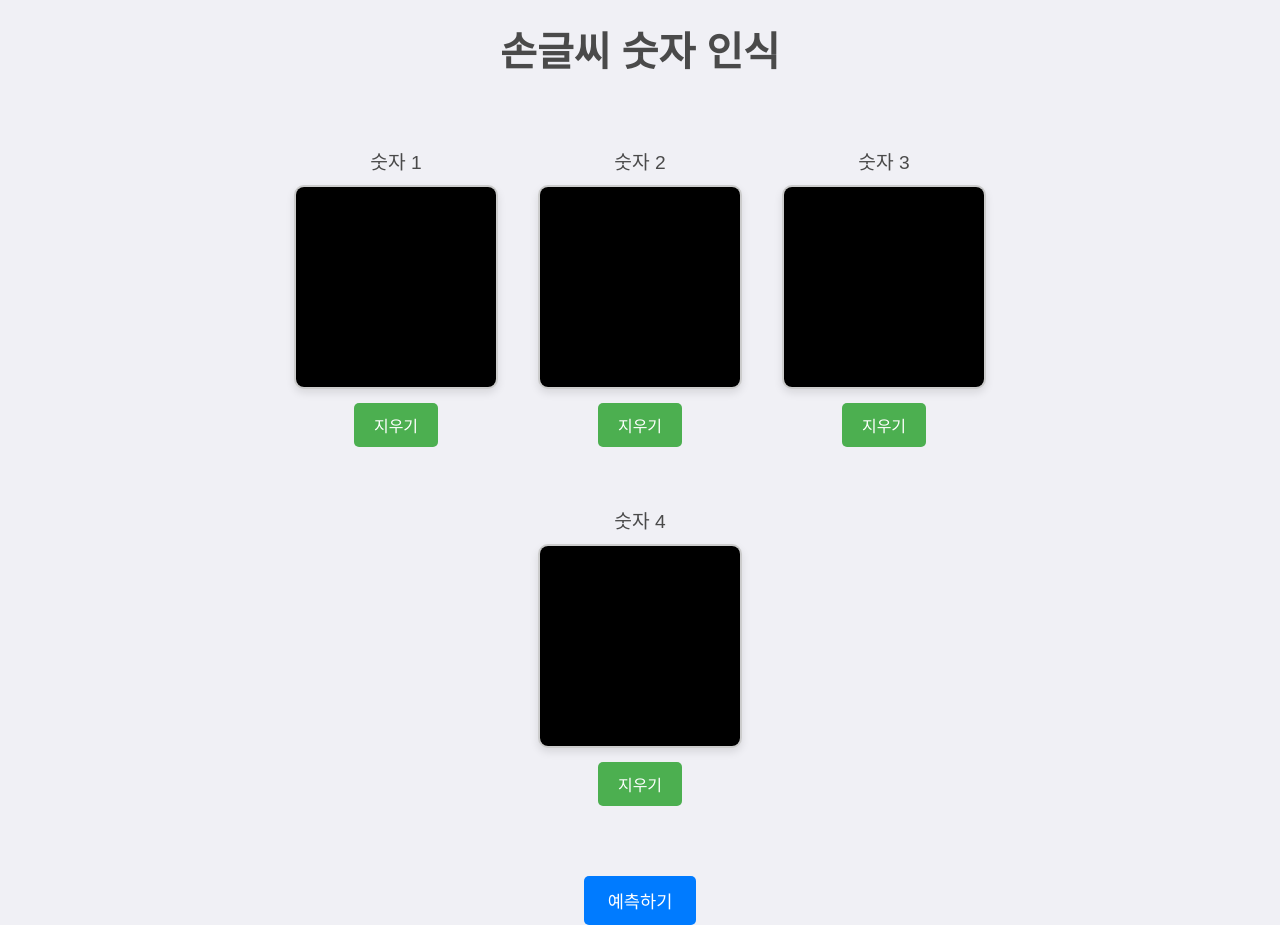
Repository: Upstage-AI-Lab-4/ml4-pub
Page: templates/index.html
These files come from the project's save history. The page is drawn as it stood at one moment and after the next save; the edit follows.
The browser window is 1280 px wide. The pictures show the whole page.

Above is the page before, as saved 2024-10-08 17:56:05.

### templates/index.html
<!DOCTYPE html>
<html>
<head>
    <title>손글씨 숫자 인식</title>
    <style>
        body {
            font-family: 'Arial', sans-serif;
            background-color: #f0f0f5;
            color: #333;
            text-align: center;
            margin: 0;
            padding: 0;
        }

        h1 {
            color: #4a4a4a;
            font-size: 2.5em;
            margin-top: 20px;
        }

        .canvas-container {
            display: flex;
            justify-content: center;
            flex-wrap: wrap;
            margin: 30px auto;
            max-width: 800px;
        }

        .canvas-wrapper {
            margin: 20px;
        }

        p {
            font-size: 1.2em;
            color: #4a4a4a;
            margin-bottom: 10px;
        }

        canvas {
            border: 2px solid #ccc;
            border-radius: 10px;
            background-color: #ffffff;
            box-shadow: 0 4px 8px rgba(0, 0, 0, 0.1);
        }

        button {
            background-color: #4CAF50;
            color: white;
            border: none;
            padding: 10px 20px;
            font-size: 1em;
            border-radius: 5px;
            cursor: pointer;
            margin-top: 10px;
            transition: background-color 0.3s ease;
        }

        button:hover {
            background-color: #45a049;
        }

        button[type="submit"] {
            background-color: #007BFF;
            margin-top: 20px;
            padding: 12px 24px;
            font-size: 1.1em;
        }

        button[type="submit"]:hover {
            background-color: #0056b3;
        }
    </style>
</head>
<body>
    <h1>손글씨 숫자 인식</h1>
    <form id="digitForm" action="/predict" method="post" onsubmit="prepareForm()">
        <div class="canvas-container">
            <div class="canvas-wrapper">
                <p>숫자 1</p>
                <canvas id="canvas1" width="200" height="200"></canvas><br>
                <button type="button" onclick="clearCanvas('canvas1')">지우기</button>
            </div>
            <div class="canvas-wrapper">
                <p>숫자 2</p>
                <canvas id="canvas2" width="200" height="200"></canvas><br>
                <button type="button" onclick="clearCanvas('canvas2')">지우기</button>
            </div>
            <div class="canvas-wrapper">
                <p>숫자 3</p>
                <canvas id="canvas3" width="200" height="200"></canvas><br>
                <button type="button" onclick="clearCanvas('canvas3')">지우기</button>
            </div>
            <div class="canvas-wrapper">
                <p>숫자 4</p>
                <canvas id="canvas4" width="200" height="200"></canvas><br>
                <button type="button" onclick="clearCanvas('canvas4')">지우기</button>
            </div>
        </div>
        <!-- 캔버스 데이터를 저장하기 위한 숨겨진 입력 필드 -->
        <input type="hidden" name="image1" id="image1">
        <input type="hidden" name="image2" id="image2">
        <input type="hidden" name="image3" id="image3">
        <input type="hidden" name="image4" id="image4">
        <button type="submit">예측하기</button>
    </form>
    <script>
        function initCanvas(canvasId) {
            var canvas = document.getElementById(canvasId);
            var ctx = canvas.getContext("2d");
            var painting = false;

            // 배경색을 검정색으로 초기화
            ctx.fillStyle = "#000";
            ctx.fillRect(0, 0, canvas.width, canvas.height);

            // 선 색상을 흰색으로 설정
            ctx.strokeStyle = "#fff";

            // 이벤트 타입 결정
            var events = {
                start: "mousedown",
                move: "mousemove",
                end: "mouseup"
            };

            if ('ontouchstart' in window) {
                events.start = "touchstart";
                events.move = "touchmove";
                events.end = "touchend";
            }

            canvas.addEventListener(events.start, startPosition);
            canvas.addEventListener(events.end, finishedPosition);
            canvas.addEventListener(events.move, draw);
            canvas.addEventListener("mouseleave", finishedPosition);

            function getPointerPos(e) {
                var rect = canvas.getBoundingClientRect();
                if (e.touches) {
                    return {
                        x: e.touches[0].clientX - rect.left,
                        y: e.touches[0].clientY - rect.top
                    };
                } else {
                    return {
                        x: e.clientX - rect.left,
                        y: e.clientY - rect.top
                    };
                }
            }

            function startPosition(e) {
                e.preventDefault();
                painting = true;
                draw(e);
            }

            function finishedPosition() {
                painting = false;
                ctx.beginPath();
            }

            function draw(e) {
                if (!painting) return;
                e.preventDefault();
                ctx.lineWidth = 12;
                ctx.lineCap = "round";

                var pos = getPointerPos(e);
                ctx.lineTo(pos.x, pos.y);
                ctx.stroke();
                ctx.beginPath();
                ctx.moveTo(pos.x, pos.y);
            }
        }

        function clearCanvas(canvasId) {
            var canvas = document.getElementById(canvasId);
            var ctx = canvas.getContext("2d");
            // 캔버스를 검정색으로 초기화
            ctx.fillStyle = "#000";
            ctx.fillRect(0, 0, canvas.width, canvas.height);
            ctx.beginPath();
        }

        function prepareForm() {
            var canvases = ['canvas1', 'canvas2', 'canvas3', 'canvas4'];
            for (var i = 0; i < canvases.length; i++) {
                var canvas = document.getElementById(canvases[i]);
                var dataURL = canvas.toDataURL('image/png');
                document.getElementById('image' + (i+1)).value = dataURL;
            }
        }

        // 캔버스 초기화
        initCanvas('canvas1');
        initCanvas('canvas2');
        initCanvas('canvas3');
        initCanvas('canvas4');
    </script>
</body>
</html>

After the next save:
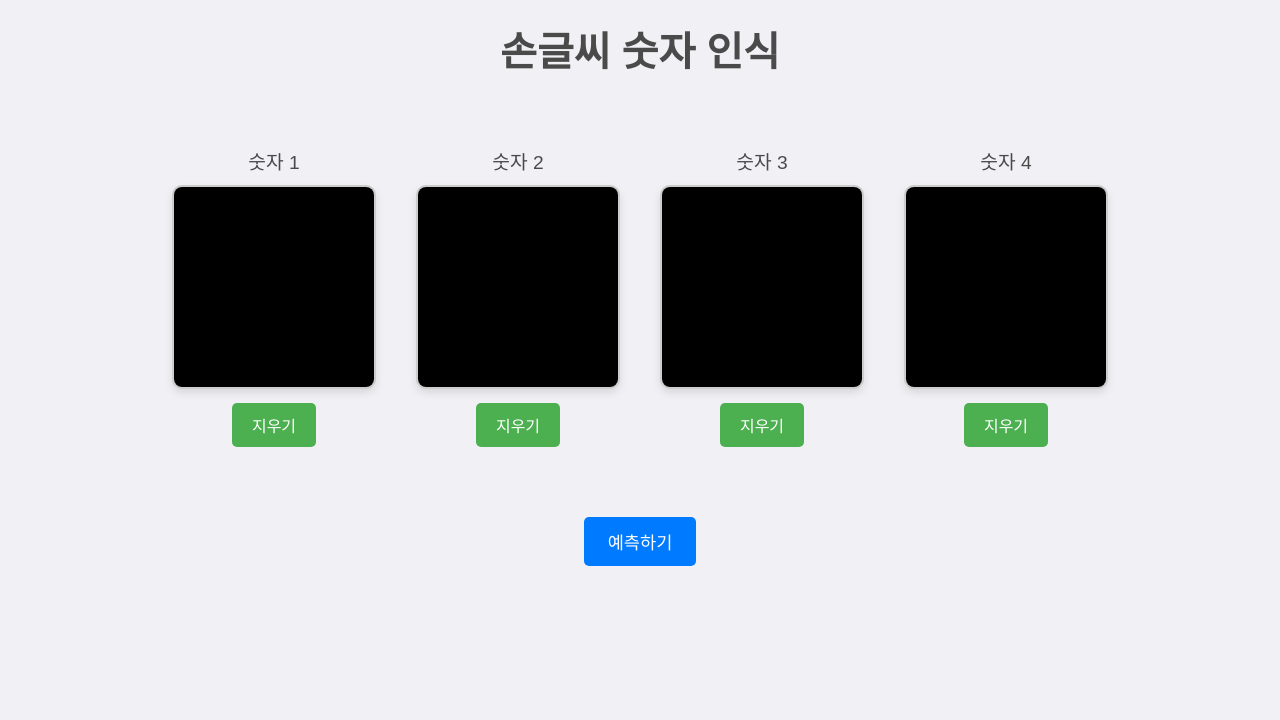
Saved 76 s later.
--- a/templates/index.html
+++ b/templates/index.html
@@ -23,7 +23,7 @@
             justify-content: center;
             flex-wrap: wrap;
             margin: 30px auto;
-            max-width: 800px;
+
         }
 
         .canvas-wrapper {
